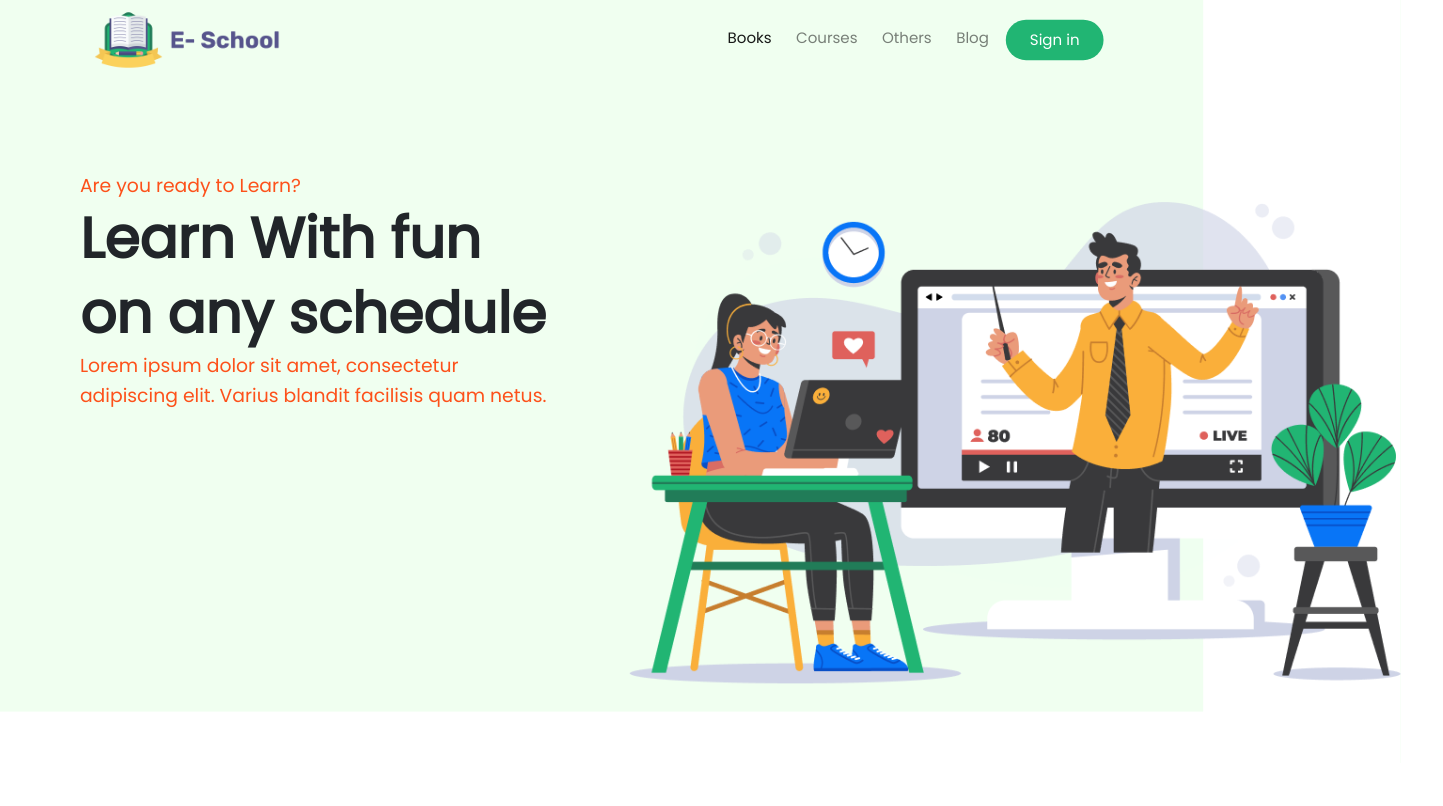
Repository: mohsinfarabi/e-school
Page: index.html
These files come from the project's save history. The page is drawn as it stood at one moment and after the next save; the edit follows.
The browser window is 1280 px wide. The page is 1490 px wide, then 1535 px, so the pictures cover 1535 px, including what lies to the right of the window. The pictures show the whole page, at 94% of full size.

Above is the page before, as saved 2020-07-08 03:23:52.

### index.html
<!DOCTYPE html>
<html lang="en">

<head>
    <meta charset="UTF-8">
    <meta name="viewport" content="width=device-width, initial-scale=1.0">
    <link rel="stylesheet" href="css/bootstrap/css/bootstrap.min.css">
    <link rel="stylesheet" href="style.css">
    <link href="https://fonts.googleapis.com/css2?family=Poppins" rel="stylesheet">
    <title>E-School</title>
</head>

<body>
    <section class="top-part">
        <div class="container">
            <nav class="navbar navbar-expand-lg navbar-light bg-transparent">
                <a class="navbar-brand" href="#"><img src="images/icon/Logo.png " alt=" "></a>
                </a>
                <button class="navbar-toggler" type="button" data-toggle="collapse" data-target="#navbarNav" aria-controls="navbarNav" aria-expanded="false" aria-label="Toggle navigation">
                  <span class="navbar-toggler-icon"></span>
                </button>

                <div class="collapse navbar-collapse" id="navbarNav">
                    <ul class="navbar-nav ml-auto">
                        <li class="nav-item active ">
                            <a class="nav-link " href="#books ">Books</a>
                        </li>
                        <li class="nav-item ">
                            <a class="nav-link " href="#courses ">Courses</a>
                        </li>
                        <li class="nav-item ">
                            <a class="nav-link " href="#others ">Others</a>
                        </li>
                        <li class="nav-item ">
                            <a class="nav-link " href="#blog ">Blog</a>
                        </li>
                        <li class="nav-item ">
                            <button class="sign-in">Sign in</button>
                        </li>

                    </ul>
                </div>

            </nav>
        </div>
        <div class="container">
            <div class="row top">
                <div class="col-md-6">

                    <h5>Are you ready to Learn?</h5>
                    <h1>Learn With fun </h1>
                    <h1>on any schedule</h1>

                    <h5>Lorem ipsum dolor sit amet, consectetur </h5>
                    <h5>adipiscing elit. Varius blandit facilisis quam netus.</h5>

                </div>
                <div class="col-md-6 banner-image">

                    <img src="images/Photos/Illustration.png" alt="">
                </div>
            </div>
        </div>
    </section>












    <script src="https://code.jquery.com/jquery-3.5.1.slim.min.js " integrity="sha384-DfXdz2htPH0lsSSs5nCTpuj/zy4C+OGpamoFVy38MVBnE+IbbVYUew+OrCXaRkfj " crossorigin="anonymous "></script>
    <script src="https://cdn.jsdelivr.net/npm/popper.js@1.16.0/dist/umd/popper.min.js " integrity="sha384-Q6E9RHvbIyZFJoft+2mJbHaEWldlvI9IOYy5n3zV9zzTtmI3UksdQRVvoxMfooAo " crossorigin="anonymous "></script>
    <script src="https://stackpath.bootstrapcdn.com/bootstrap/4.5.0/js/bootstrap.min.js " integrity="sha384-OgVRvuATP1z7JjHLkuOU7Xw704+h835Lr+6QL9UvYjZE3Ipu6Tp75j7Bh/kR0JKI " crossorigin="anonymous "></script>
</body>

</html>

### style.css
body {
    font-family: 'Poppins', sans-serif;
}

.container {
    margin-bottom: 100px;
}

.top-part {
    background-color: #F0FFF0;
}

.bg-light {
    background-color: #F0FFF0;
}

.navbar img {
    width: 198.07px;
    height: 59px;
}

.nav-item {
    padding: 5px;
    color: black;
}

.sign-in {
    width: 104px;
    height: 43px;
    border: none;
    background: #21B573;
    border-radius: 33px;
    color: white;
}

.top h5 {
    color: #FD511A;
}

.top h1 {
    font-weight: 700;
    font-size: 60px;
}

.banner-image {
    padding: 30px;
}

Loaded but not shown: css/bootstrap/css/bootstrap.min.css (library)

After the next save:
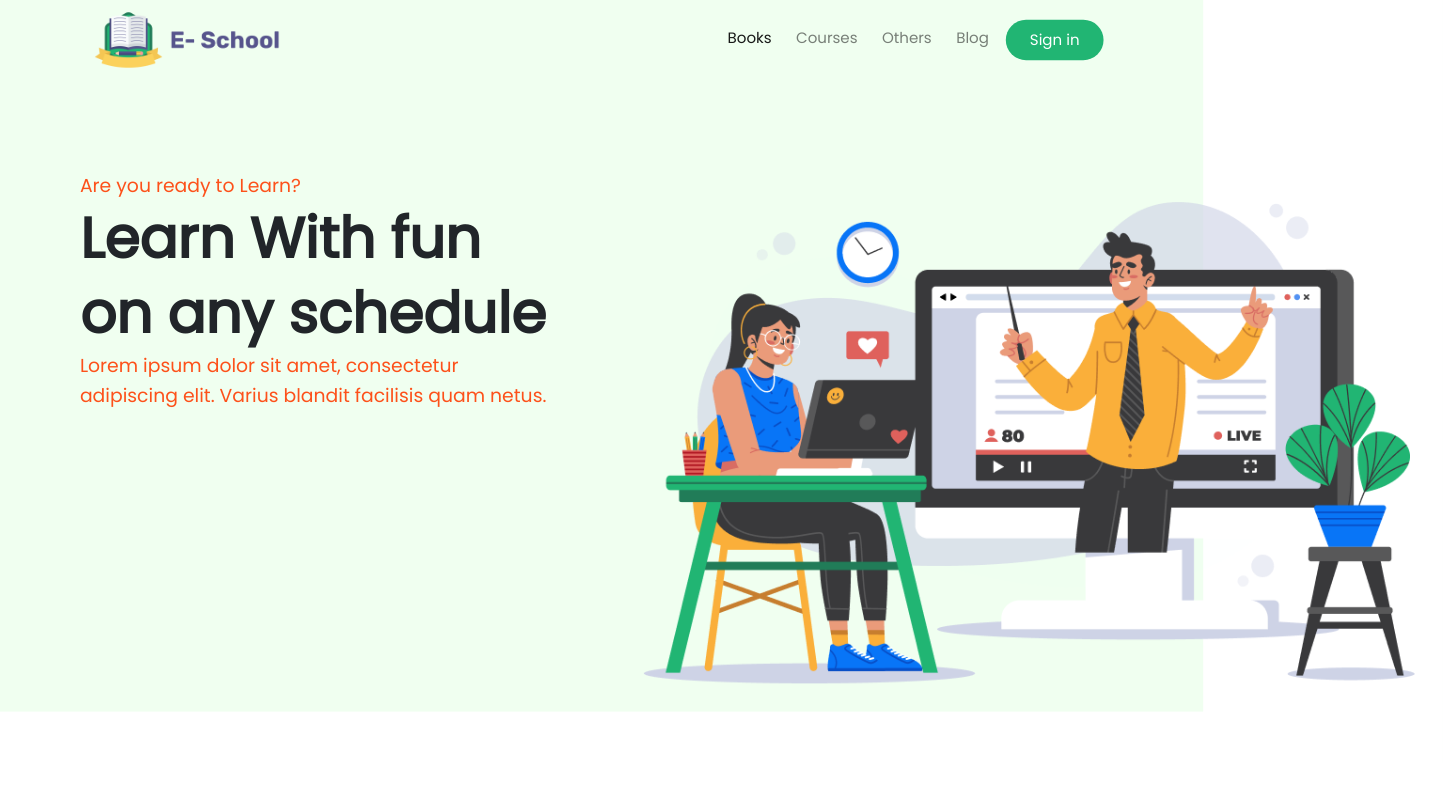
Saved 32 s later.
--- a/style.css
+++ b/style.css
@@ -42,6 +42,6 @@
     font-size: 60px;
 }
 
-.banner-image {
+.row img {
     padding: 30px;
 }
